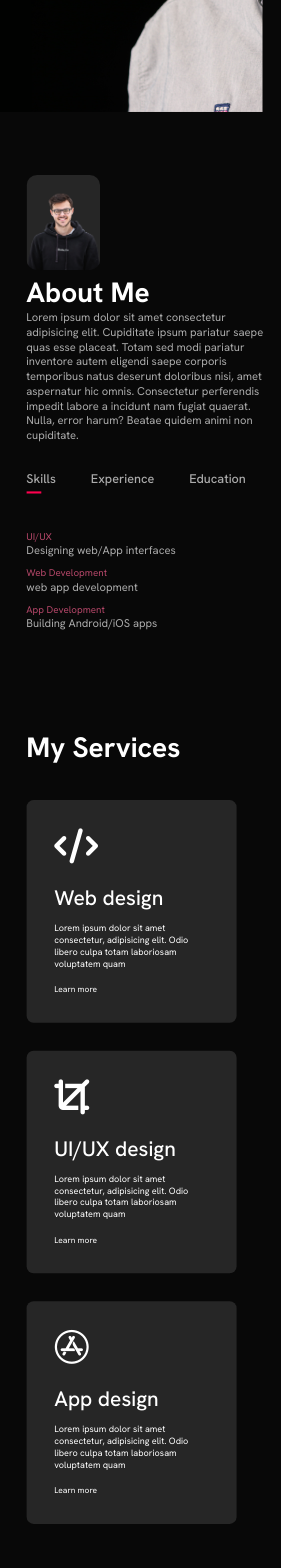
Repository: devsajid/Portfolio-website-with-HTML-CSS-JS
Page: index.html
An editor plug-in stored every save of this project. The page is shown before and after a run of saves, followed by the edit.
The browser window is 375 px wide. The page is 401 px wide, so the pictures cover 401 px, including what lies to the right of the window. The pictures show the part of the page from y = 640 to 2880 px (the page is 5522 px tall before and 5776 px after), at 70% of full size.

Above is the page before, as saved 2022-12-28 21:36:27.

After the next 3 saves:
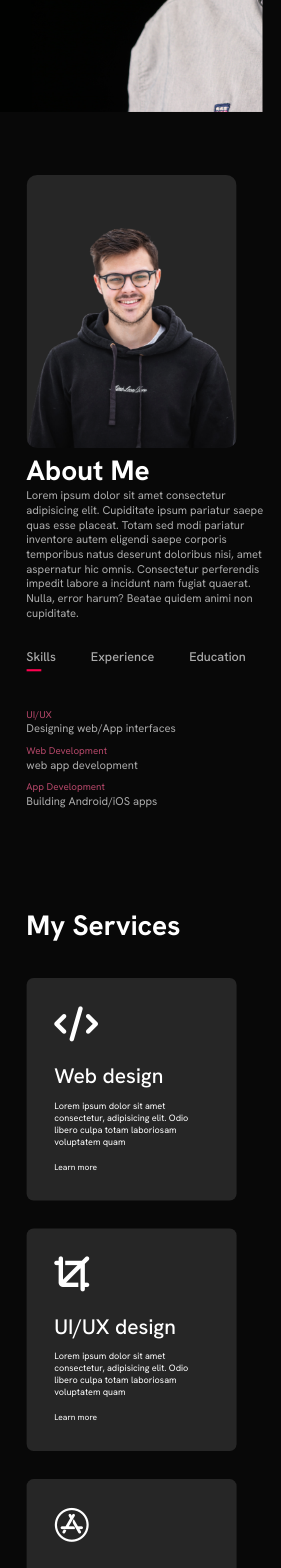
The 3 saves are shown as one change because they came seconds apart.
The last was saved 16 s later.
--- a/style.css
+++ b/style.css
@@ -370,6 +370,6 @@ nav .fas {
   }
   .about-col-1,
   .about-col-2 {
-    flex-basis: ;
-  }
-}
+    flex-basis: 100%;
+  }
+}
